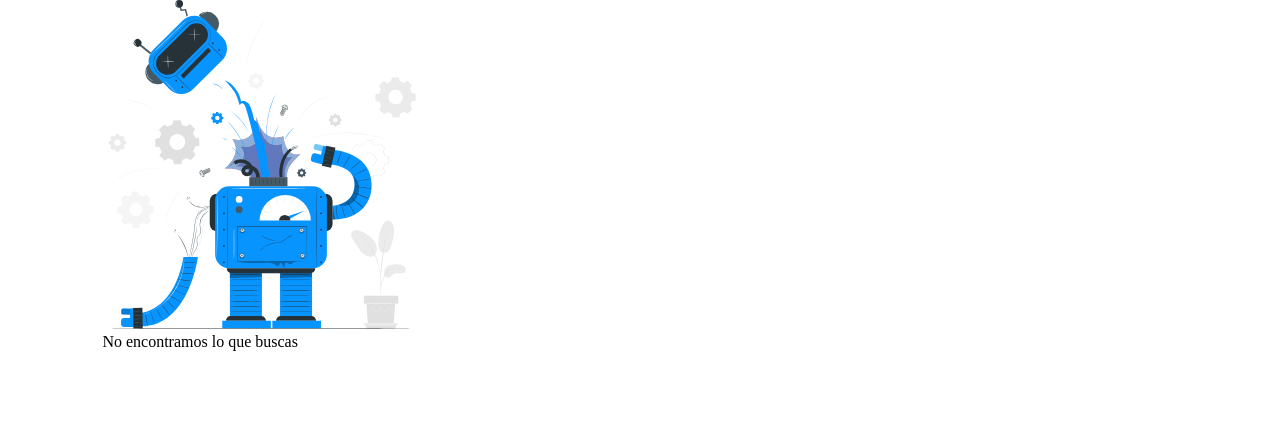
Repository: FabioMadrid/atlas_code
Page: 404.html
These files come from the project's save history. The page is drawn as it stood at one moment and after the next save; the edit follows.
The browser window is 1280 px wide. The pictures show the whole page.
Some web fonts or font styles are not loaded; a fallback is used. Some web libraries are served in a nearby version.

Above is the page before, as saved 2021-01-13 12:17:49.

After the next save:
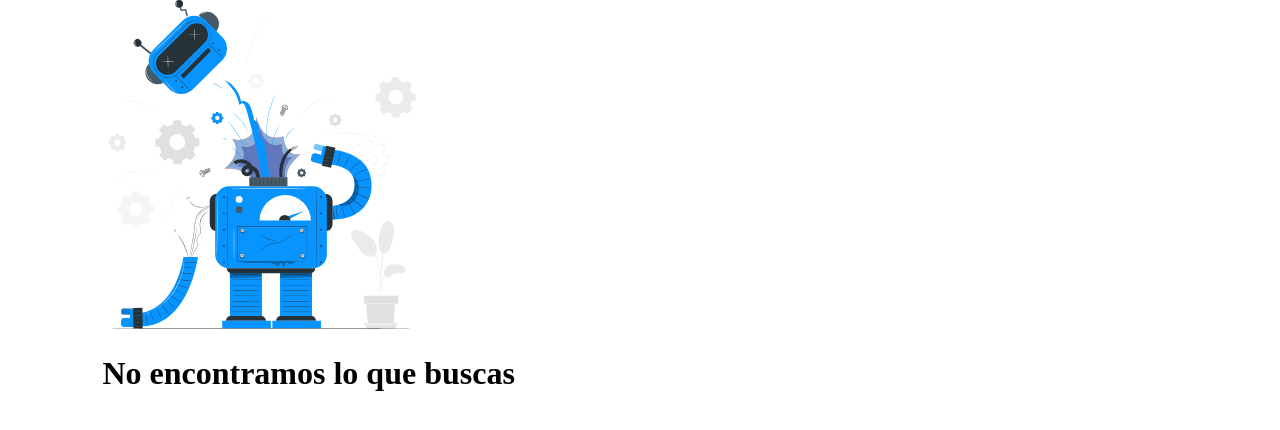
Saved 15 s later.
--- a/404.html
+++ b/404.html
@@ -16,9 +16,9 @@
         <img src="/svg/robot_explotando.svg" alt="" >
     </div>
 
-    <div>
+    <h1>
         No encontramos lo que buscas
-    </div>
+    </h1>
 
 </body>
 </html>
